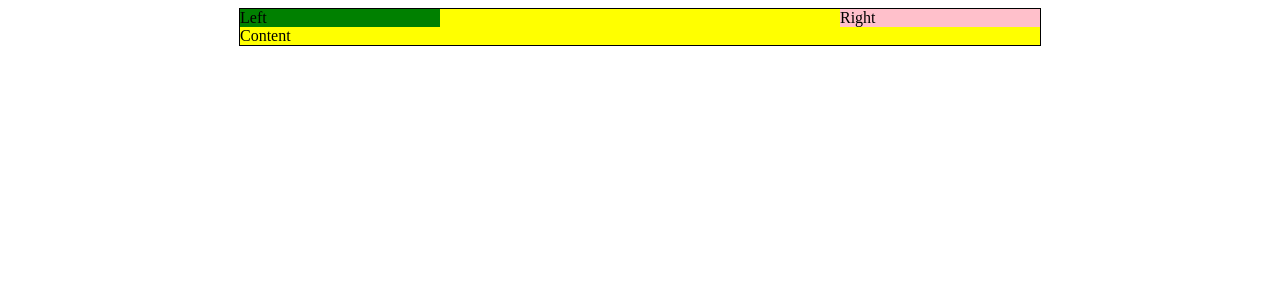
Repository: nanvon/front-end_byhuawei
Page: CSS_example.html
These files come from the project's save history. The page is drawn as it stood at one moment and after the next save; the edit follows.
The browser window is 1280 px wide. The pictures show the whole page.

Above is the page before, as saved 2020-12-10 19:54:41.

### CSS_example.html
<!DOCTYPE html>
<html lang="en">

<head>
    <meta charset="UTF-8">
    <meta name="viewport" content="width=device-width, initial-scale=1.0">
    <title>双飞翼布局</title>
    <style>
        .container {
            border: 1px solid #000;
            width: 800px;
            margin: auto;
            overflow: hidden;
        }

        .center {
            float: left;
            background: yellow;
            width: 100%;
        }

        .left {
            float: left;
            background: green;
            width: 200px;
            margin-left: -100%;
        }

        .right {
            float: left;
            background: pink;
            width: 200px;
            margin-left: -200px;
        }
        .content{

        }
    </style>
</head>

<body>
    <div class="container">
        <div class="center">Center
            <div class="content">Content</div>
        </div>
        <div class="left">Left</div>
        <div class="right">Right</div>
    </div>
</body>

</html>

After the next save:
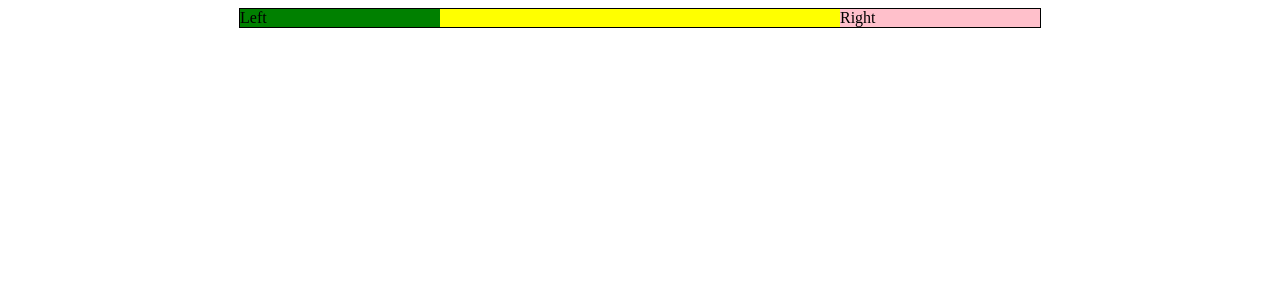
Saved 35 s later.
--- a/CSS_example.html
+++ b/CSS_example.html
@@ -41,7 +41,7 @@
 <body>
     <div class="container">
         <div class="center">Center
-            <div class="content">Content</div>
+
         </div>
         <div class="left">Left</div>
         <div class="right">Right</div>
